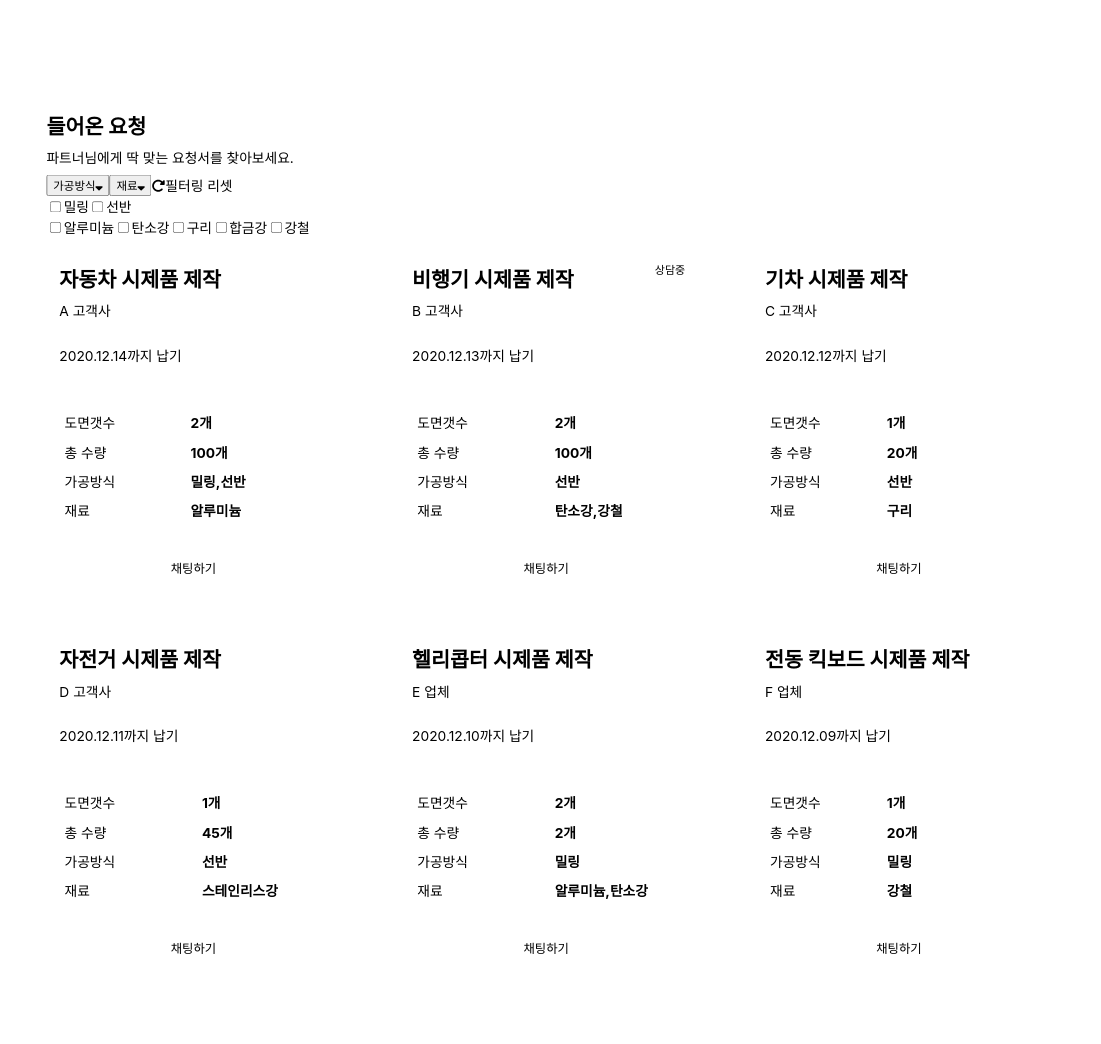
Repository: seoulsaram/capa
Page: /
An editor plug-in stored every save of this project. The page is shown before and after the next save, followed by the edit.
The browser window is 1280 px wide. The pictures show the whole page, at 86% of full size.
The project was rebuilt for these pictures with package versions that can differ from the ones it lists, and the page was loaded fresh each time. Requests to the local data server were answered from the project's data file. Also part of the build but not shown: src/App.css.

Above is the page before, as saved 2021-03-07 01:01:14.

### public/index.html
<!DOCTYPE html>
<html lang="en">
  <head>
    <meta charset="utf-8" />
    <link rel="icon" href="%PUBLIC_URL%/favicon.ico" />
    <meta name="viewport" content="width=device-width, initial-scale=1" />
    <meta name="theme-color" content="#000000" />
    <meta name="description" content="Web site created using create-react-app" />

    <title>React App</title>
  </head>
  <body>
    <noscript>You need to enable JavaScript to run this app.</noscript>
    <div id="root"></div>
  </body>
</html>

### src/index.js
import React from "react";
import ReactDOM from "react-dom";
import "./index.css";
import App from "./app";
import RequestInfo from "./service/request_info";

const requestInfo = new RequestInfo();

ReactDOM.render(
  <React.StrictMode>
    <App requestInfo={requestInfo} />
  </React.StrictMode>,
  document.getElementById("root")
);

### src/App.js
import "./app.css";
import Header from "./components/header/header";
import ItemContainer from "./components/item_container/item_container";
import "@fortawesome/fontawesome-free/js/all.js";

function App({ requestInfo }) {
  return (
    <div>
      <Header />
      <ItemContainer requestInfo={requestInfo} />
    </div>
  );
}

export default App;

### src/service/request_info.js
class RequestInfo {
  constructor() {
    this.getrequestOptions = {
      method: "GET",
    };
  }

  async getInfo() {
    const response = await fetch("http://localhost:3002/requests", this.getrequestOptions);
    const res = await response.json();
    return res;
  }
}

export default RequestInfo;

### src/components/header/header.js
import React, { memo } from "react";
import styles from "./header.module.css";

const Header = (props) => (
  <div className={styles.header}>
    <div className={styles.headerLeft}>
      <p>CAPA</p>
      <p>파트너스</p>
    </div>
    <div className={styles.headerRight}>
      <p>A가공업체</p>
      <div className={styles.line}></div>
      <p>로그아웃</p>
    </div>
  </div>
);

export default Header;

### src/components/item_container/item_container.js
import React, { useEffect, useState } from "react";
import Filter from "../filter/filter";
import RequestBox from "../request_box/request_box";
import styles from "./item_container.module.css";

const ItemContainer = ({ requestInfo }) => {
  const [reqInfo, setReqInfo] = useState([]);

  useEffect(() => {
    requestInfo.getInfo().then((info) => setReqInfo(info));
  }, [requestInfo]);

  return (
    <section className={styles.section}>
      <h2 className={styles.title}>들어온 요청</h2>
      <p className={styles.desc}>파트너님에게 딱 맞는 요청서를 찾아보세요.</p>
      <Filter reqInfo={reqInfo} />

      <ul className={styles.cards}>
        {reqInfo.map((info) => (
          <RequestBox reqInfo={info} key={info.id} />
        ))}
      </ul>
    </section>
  );
};

export default ItemContainer;

### src/components/header/header.module.css
@value MakeBlue from '../../common/color.css';

.header {
  display: flex;
  justify-content: space-between;
  padding: 5px 20px;
  background-color: MakeBlue;
  color: white;
}

.headerLeft {
  display: flex;
  align-items: center;
}

.headerRight {
  display: flex;
  align-items: center;
}

.line {
  width: 2px;
  height: 50%;
  background-color: white;
  margin: 0px 14px;
}

### src/components/filter/filter.jsx
import React from "react";
import styles from "./filter.module.css";

const Filter = ({ reqInfo }) => {
  const method = ["밀링", "선반"];
  const material = ["알루미늄", "탄소강", "구리", "합금강", "강철"];

  return (
    <section className={styles.section}>
      {/* 가공방식 */}
      {/* 1. 값이 든 배열 만들기
      2. 온클릭 이벤트를 만들기
      3. 이벤트에 두 가지 값을 동시에 필터링하는 로직 넣기 */}
      <div className={styles.filterContainer}>
        <button className={styles.filterBtn}>
          가공방식<i className="fas fa-sort-down"></i>
        </button>

        {/* 재료 */}
        <button className={styles.filterBtn}>
          재료<i className="fas fa-sort-down"></i>
        </button>

        <div className={styles.reset}>
          <i className="fas fa-redo-alt"></i>필터링 리셋
        </div>
      </div>

      <div className={styles.filter}>
        {method.map((methods) => (
          <label htmlFor={methods} key={methods}>
            <input type="checkbox" name={methods} value={methods} />
            {methods}
          </label>
        ))}
      </div>

      <div className={styles.filter}>
        {material.map((materials) => (
          <label htmlFor={materials} key={materials}>
            <input type="checkbox" name={materials} value={materials} />
            {materials}
          </label>
        ))}
      </div>

      <div></div>
    </section>
  );
};

export default Filter;

// "requests": [
//     {
//       "id": 1,
//       "title": "자동차 시제품 제작",
//       "client": "A 고객사",
//       "due": "2020.12.14",
//       "count": 2,
//       "amount": 100,
//       "method": ["밀링", "선반"],
//       "material": ["알루미늄"],
//       "status": "대기중"
//     },

### src/components/request_box/request_box.jsx
import React from "react";
import styles from "./request_box.module.css";

const RequestBox = ({ reqInfo }) => {
  return (
    <div className={styles.card}>
      <div className={styles.top}>
        <div className={styles.titleContainer}>
          <h2>{reqInfo.title}</h2>
          {reqInfo.status === "상담중" && <div className={styles.status}>{reqInfo.status}</div>}
        </div>
        <p className={styles.client}>{reqInfo.client}</p>
        <p className={styles.due}>{reqInfo.due}까지 납기</p>
      </div>
      <div className={styles.line}></div>
      {/* 테이블 로만들기 */}
      <table className={styles.bottom}>
        <tbody className={styles.order}>
          <tr>
            <td className={styles.orderTitle}>도면갯수</td>
            <td className={styles.orderBold}>{reqInfo.count}개</td>
          </tr>
          <tr>
            <td className={styles.orderTitle}>총 수량</td>
            <td className={styles.orderBold}>{reqInfo.amount}개</td>
          </tr>
          <tr>
            <td className={styles.orderTitle}>가공방식</td>
            <td className={styles.orderBold}>{reqInfo.method.join(",")}</td>
          </tr>
          <tr>
            <td className={styles.orderTitle}>재료</td>
            <td className={styles.orderBold}>{reqInfo.material.join(",")}</td>
          </tr>
        </tbody>
      </table>
      <div className={styles.btnContainer}>
        <button className={styles.reqBtn}>요청 내역 보기</button>
        <button className={styles.chatBtn}>채팅하기</button>
      </div>
    </div>
  );
};

export default RequestBox;

### src/components/item_container/item_container.module.css
@value MakeBlue,MakeBlack,MakeLightBlue,MakeGrey,MakeLightGrey,MakeYellow from '../../common/color.css';
.section {
  padding: 54px;
  color: MakeBlack;
}

.title,
.desc {
  margin: 8px 0px;
}

.cards {
  display: flex;
  justify-content: space-between;
  flex-wrap: wrap;
}

### src/components/filter/filter.module.css
.filterContainer {
  display: flex;
}

### src/components/request_box/request_box.module.css
@value MakeBlue,MakeBlack,MakeLightBlue,MakeGrey,MakeLightGrey,MakeYellow from '../../common/color.css';

* {
  box-sizing: border-box;
}

ul {
  margin: 0;
  padding: 0;
}

.card {
  width: 30%;
  border: 1px solid MakeLightGrey;
  border-radius: 3px;
  padding: 10px 15px;
  margin-bottom: 15px;
}

.card:hover {
  border: 1px solid MakeLightBlue;
}

.titleContainer {
  display: flex;
  align-items: center;
  justify-content: space-between;
}

.titleContainer > h2 {
  margin-bottom: 0px;
}

.client {
  margin: 8px 0px;
}
.due {
  color: MakeGrey;
  margin-top: 28px;
}

.status {
  border: 1px solid MakeYellow;
  border-radius: 45px;
  padding: 4px;
  font-size: 0.8rem;
  color: MakeYellow;
}

.line {
  width: 98%;
  height: 2px;
  margin: auto;
  background-color: MakeLightGrey;
}
.bottom {
  margin-top: 30px;
  margin-bottom: 15px;
}

td {
  width: 25%;
  padding: 4px;
}

.orderBold {
  font-weight: 700;
}

.reqBtn,
.chatBtn {
  margin: 15px 4px;
  padding: 8px 10px;
  background-color: transparent;
  border: none;
  border-radius: 0.2rem;
  outline: none;
  font-size: 0.9rem;
  cursor: pointer;
}

.reqBtn {
  color: white;
  background-color: MakeLightBlue;
}

.chatBtn {
  border: 1px solid MakeLightBlue;
  color: MakeLightBlue;
}

### db.json
{
  "requests": [
    {
      "id": 1,
      "title": "자동차 시제품 제작",
      "client": "A 고객사",
      "due": "2020.12.14",
      "count": 2,
      "amount": 100,
      "method": ["밀링", "선반"],
      "material": ["알루미늄"],
      "status": "대기중"
    },
    {
      "id": 2,
      "title": "비행기 시제품 제작",
      "client": "B 고객사",
      "due": "2020.12.13",
      "count": 2,
      "amount": 100,
      "method": ["선반"],
      "material": ["탄소강", "강철"],
      "status": "상담중"
    },
    {
      "id": 3,
      "title": "기차 시제품 제작",
      "client": "C 고객사",
      "due": "2020.12.12",
      "count": 1,
      "amount": 20,
      "method": ["선반"],
      "material": ["구리"],
      "status": "대기중"
    },
    {
      "id": 4,
      "title": "자전거 시제품 제작",
      "client": "D 고객사",
      "due": "2020.12.11",
      "count": 1,
      "amount": 45,
      "method": ["선반"],
      "material": ["스테인리스강"],
      "status": "대기중"
    },
    {
      "id": 5,
      "title": "헬리콥터 시제품 제작",
      "client": "E 업체",
      "due": "2020.12.10",
      "count": 2,
      "amount": 2,
      "method": ["밀링"],
      "material": ["알루미늄", "탄소강"],
      "status": "대기중"
    },
    {
      "id": 6,
      "title": "전동 킥보드 시제품 제작",
      "client": "F 업체",
      "due": "2020.12.09",
      "count": 1,
      "amount": 20,
      "method": ["밀링"],
      "material": ["강철"],
      "status": "대기중"
    }
  ]
}

Loaded but not shown: src/index.css (common file)

After the next save:
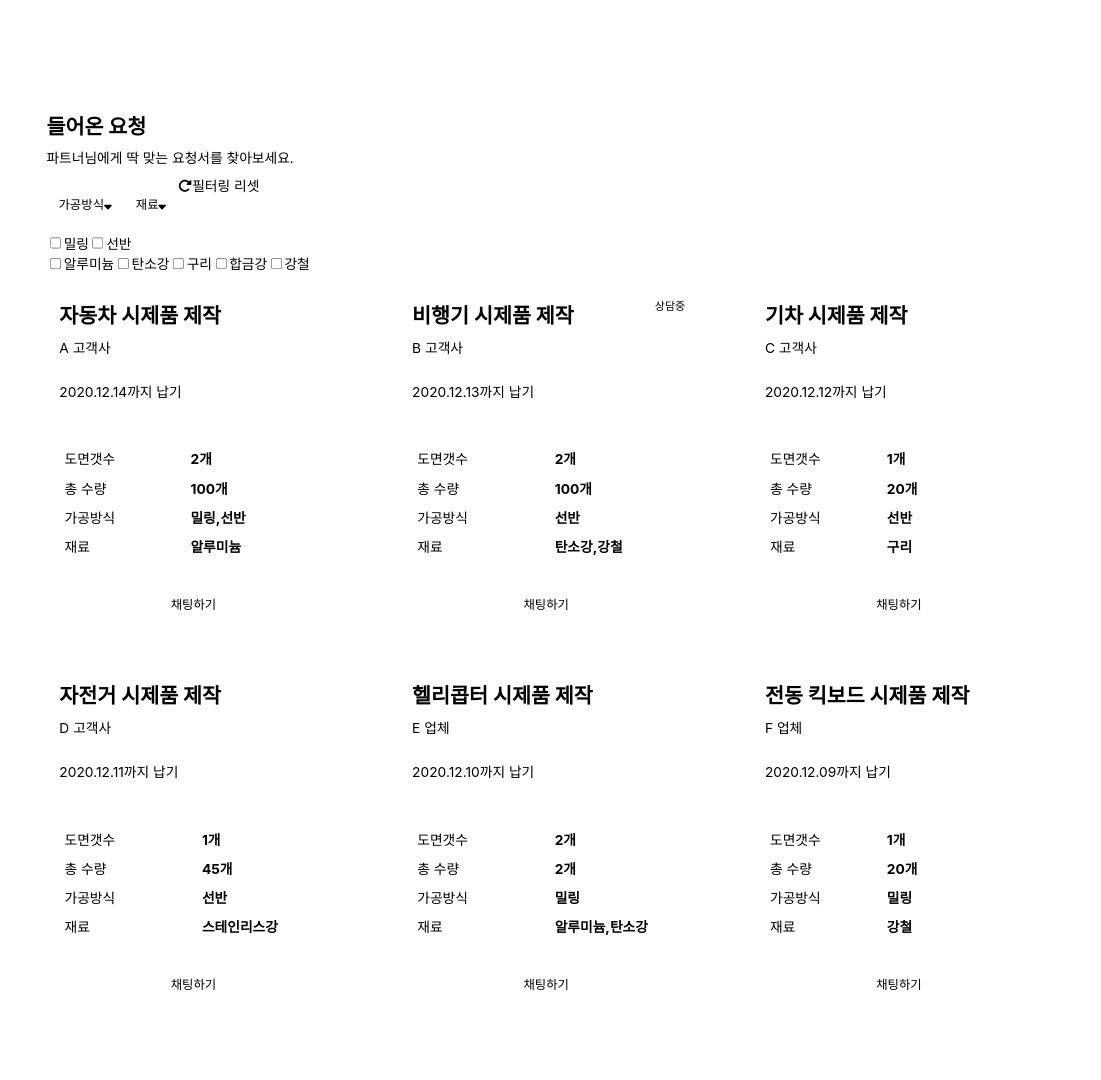
Saved 44 s later.
--- a/src/components/filter/filter.module.css
+++ b/src/components/filter/filter.module.css
@@ -1,3 +1,14 @@
 .filterContainer {
   display: flex;
 }
+
+.filterBtn {
+  margin: 15px 4px;
+  padding: 8px 10px;
+  background-color: transparent;
+  border: none;
+  border-radius: 0.2rem;
+  outline: none;
+  font-size: 0.9rem;
+  cursor: pointer;
+}
